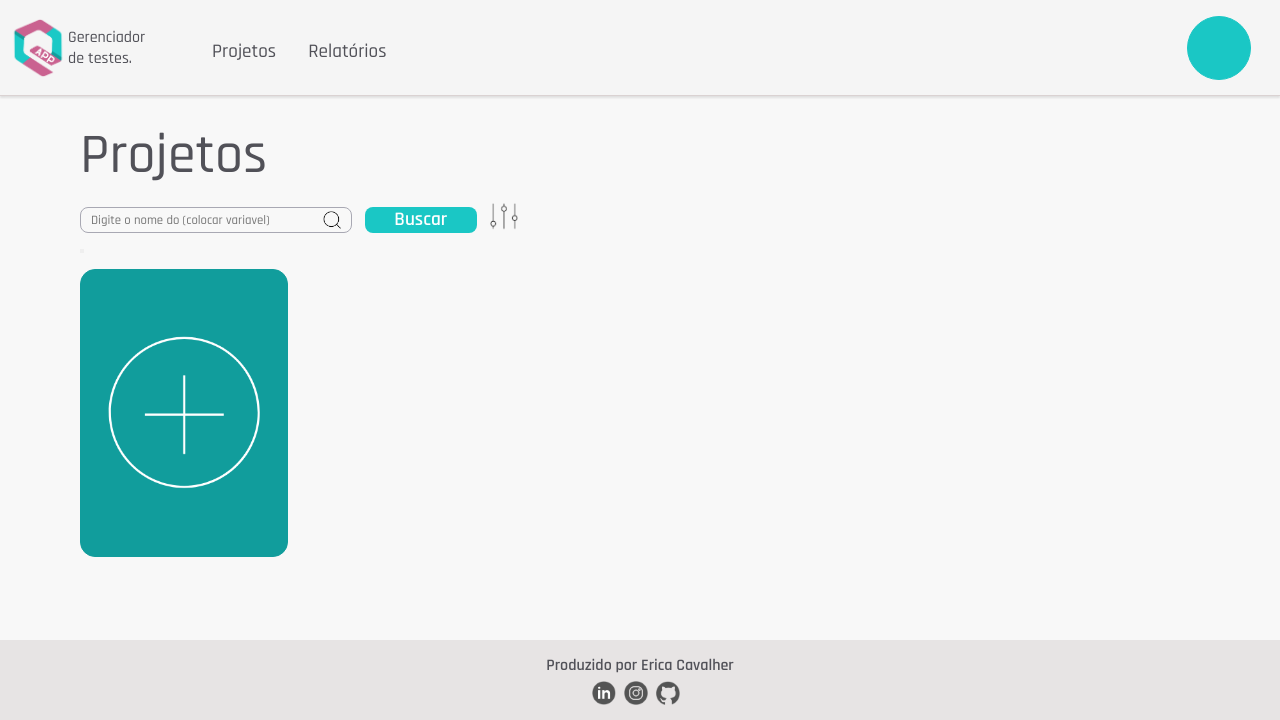
Repository: kika-cavalher/qapp-web
Page: /
These files come from the project's save history. The page is drawn as it stood at one moment and after the next save; the edit follows.
The browser window is 1280 px wide. The pictures show the whole page.
The page's requests for data from a server got no answer. The project was rebuilt for these pictures with package versions that can differ from the ones it lists, and the page was loaded fresh each time. No one was signed in, and anything a server would have sent is missing. Also part of the build but not shown: src/styles/components/modals.scss, src/components/modals.tsx, src/hooks/useAuth.ts, src/styles/pages/signIn.scss, src/pages/auth/SignIn.tsx, src/styles/pages/signUp.scss, src/pages/auth/SignUp.tsx.

Above is the page before, as saved 2022-03-23 18:39:56.

After the next save:
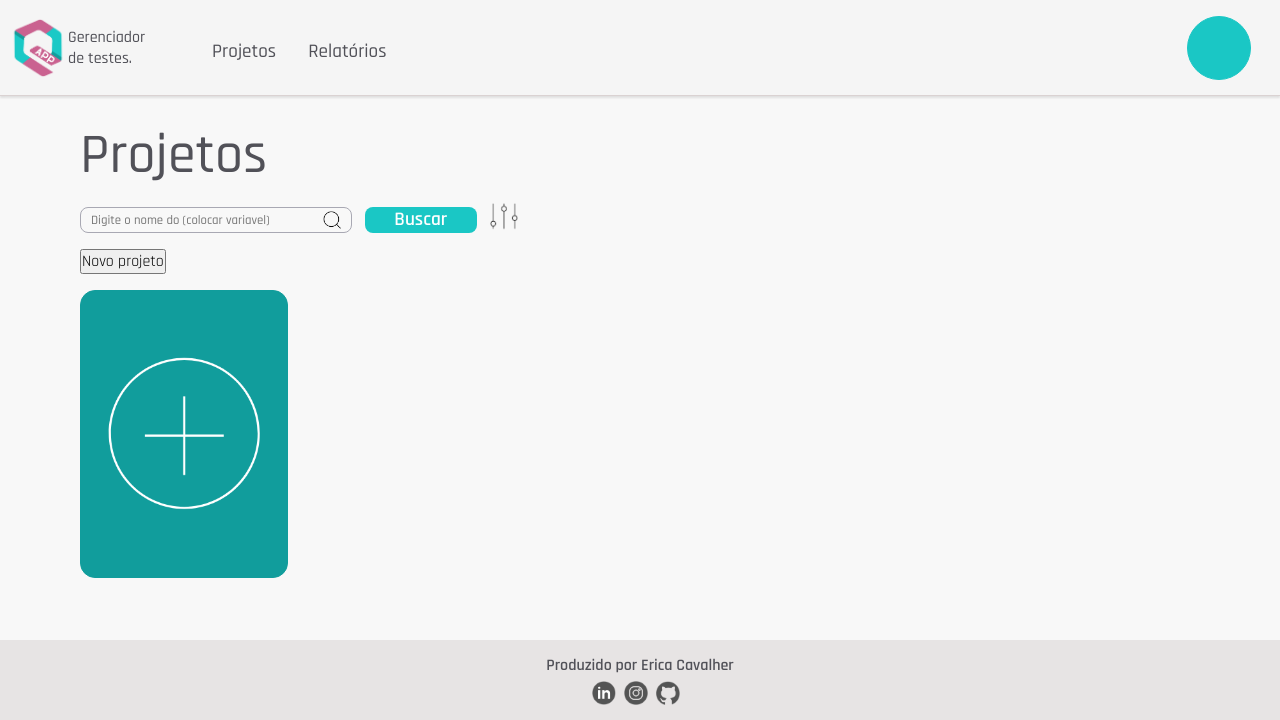
Saved 18 s later.
--- a/src/components/Button.tsx
+++ b/src/components/Button.tsx
@@ -4,7 +4,7 @@
 
 
 type Button = {
-    // name: string
+    ButtonProps: ButtonHTMLAttributes<HTMLButtonElement>
     type?: "button" | "submit" | "reset" | undefined,
     className?: string
     onClick?: () => void
@@ -17,7 +17,7 @@
         onClick={onClick}
         className={`${className}`}
         type={type}
-        ></button>
+         {...props} />
     )
 }
 

After the save that followed:
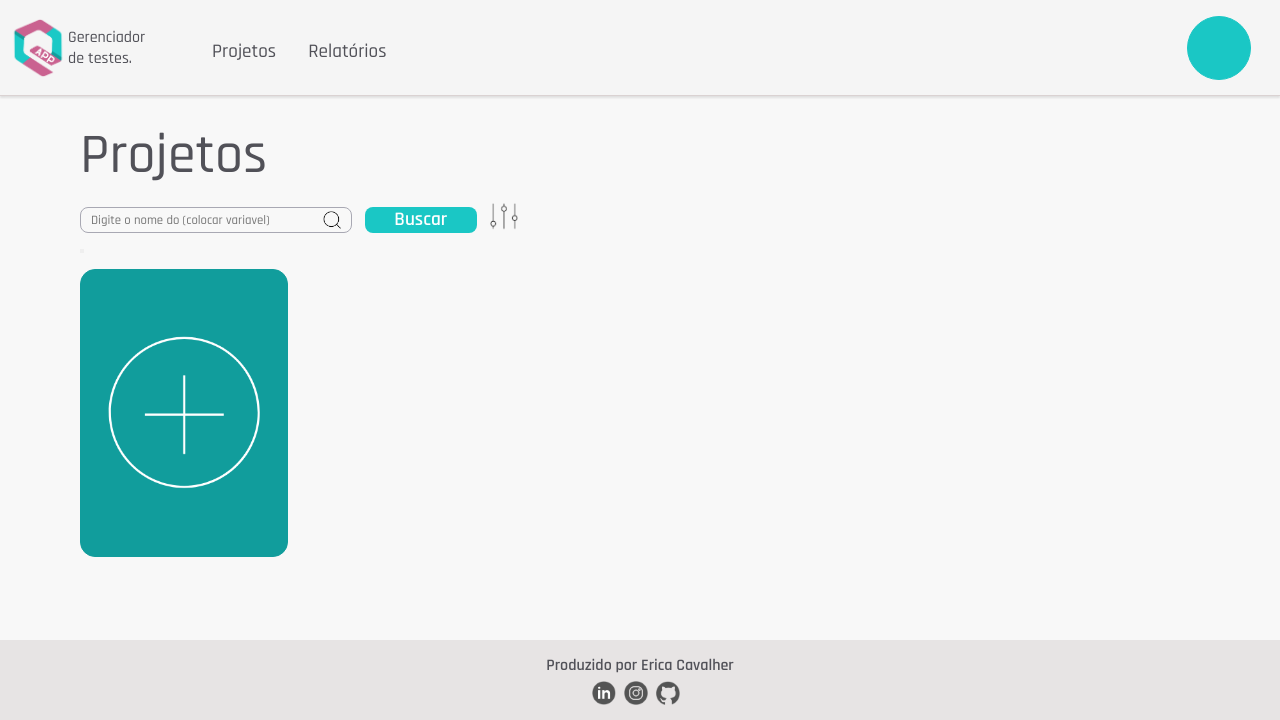
Saved 77 s later.
--- a/src/components/Button.tsx
+++ b/src/components/Button.tsx
@@ -11,13 +11,13 @@
 }
 
 export function Button (props:Button) {
-    const { className, type, onClick } = props
+    const { className, type, onClick, ButtonProps } = props
     return (
         <button
         onClick={onClick}
         className={`${className}`}
         type={type}
-         {...props} />
+         {...ButtonProps} />
     )
 }
 
